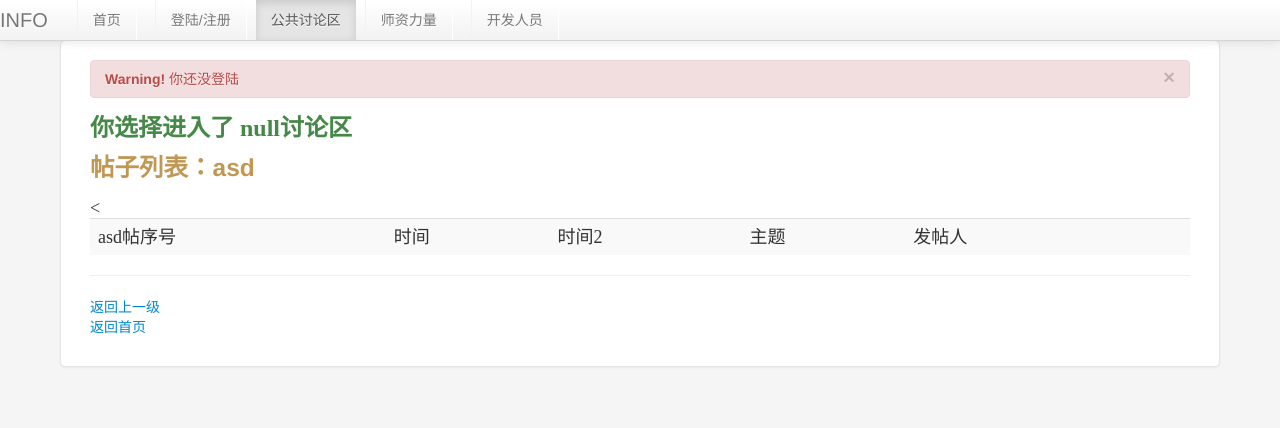
Repository: hbisheng/Academic-portal-website
Page: http://localhost/NewInfo/discussion/posts.jsp
These files come from the project's save history. The page is drawn as it stood at one moment and after the next save; the edit follows.
The browser window is 1280 px wide. The pictures show the whole page.
The page is served by Tomcat 9. Other server files are loaded and not shown. Queries for data that is not in the repository find no rows.

Above is the page before, as saved 2014-09-21 21:36:30.
Not found: Java_info/NewInfo/NewInfo/discussion/assets/css/docs.css

### Java_info/NewInfo/WebContent/discussion/posts.jsp
<%@page import="edu.thu.cs.*"%>
<%@page import="jdbc.*"%>
<%@page import="java.util.*"%>

<%@ page language="java" contentType="text/html; charset=UTF-8"
    pageEncoding="UTF-8"%>
<!DOCTYPE html PUBLIC "-//W3C//DTD HTML 4.01 Transitional//EN" "http://www.w3.org/TR/html4/loose.dtd">
<html>
<head>
<meta http-equiv="Content-Type" content="text/html; charset=UTF-8">
<link href="../bootstrap/css/bootstrap.css" rel="stylesheet">
<link href="assets/css/docs.css" rel="stylesheet">
    <style type="text/css">
      body {
        padding-top: 40px;
        padding-bottom: 40px;
        background-color: #f5f5f5;
      }

      .form-signin {
        max-width: 1100px;
        padding: 19px 29px 29px;
        margin: 0 auto 20px;
        background-color: #fff;
        border: 1px solid #e5e5e5;
        -webkit-border-radius: 5px;
           -moz-border-radius: 5px;
                border-radius: 5px;
        -webkit-box-shadow: 0 1px 2px rgba(0,0,0,.05);
           -moz-box-shadow: 0 1px 2px rgba(0,0,0,.05);
                box-shadow: 0 1px 2px rgba(0,0,0,.05);
      }
      .form-signin .form-signin-heading,
      .form-signin .checkbox {
        margin-bottom: 10px;
      }
      .form-signin input[type="text"],
      .form-signin input[type="password"] {
        font-size: 16px;
        height: auto;
        margin-bottom: 15px;
        padding: 7px 9px;
      }

    </style>
<link href="../bootstrap/css/bootstrap-responsive.css" rel="stylesheet">
<title>Insert title here</title>
</head>
<body>


<div class="navbar nav-pills navbar-fixed-top">
  <div class="navbar-inner">
    <a class="brand" href="#">INFO</a>
    <ul class="nav">
      <li class="divider-vertical"><a href="../home.jsp">首页</a></li>
      <%
      	User user_tmp = (User)session.getAttribute("user");
      	if(user_tmp == null)
      	{
      		%><li class="divider-vertical" font face = "微软雅黑"><a href="../account/login.jsp">登陆/注册</a></li> <%
      	}
      	else
      	{
      		String url = "../account/user_info.jsp?id="+user_tmp.id;
      		%><li class="divider-vertical"  font face = "微软雅黑"><a href=<%=url%>><%=user_tmp.nickname%></a></li> <%
      	}

      %><li class="active"><a href="../discussion/index.jsp">公共讨论区</a></li><%

      if(user_tmp != null)
      {
	      	%><li class="divider-vertical"><a href="../courses/index.jsp">网络学堂</a></li>
	      	<li class="divider-vertical"><a href="../notice/index.jsp">教务公告</a></li>
	      	<li class="divider-vertical"><a href="../media/index.jsp">外部资源</a></li><%
      }

      %><li class="divider-vertical"><a href="../intro.jsp">师资力量</a></li>
      <li class="divider-vertical"><a href="../author.jsp">开发人员</a></li>
    </ul>
  </div>
</div>


<div class="container form-signin">
 <div class="row-fluid">
<%
	User user = (User)session.getAttribute("user");
	JdbcDao jdbc = new JdbcDao();
	if(user != null){
		user = jdbc.getUser(user);
		session.setAttribute("user",user);

	}else
	{%>
		<div class="alert alert-error">
	  	<button type="button" class="close" data-dismiss="alert">&times;</button>
	 	<strong>Warning!</strong> 你还没登陆
		</div>
		<%
	}
	//int category_id = Integer.parseInt(request.getParameter("category_id"));
    int category_id=1;
	Category category = jdbc.getCategory(category_id);
	List<Integer> c=null;
	c = jdbc.getPostIndex(category.id);

	int cnt = 0;
	String last_url = "index.jsp";
	String this_url = "posts.jsp?category_id="+category_id;
%>

<font size = 5 face ="微软雅黑" ><p><b>
<p class="form-signin-heading text-success"><b>你选择进入了 <%=category.name %>讨论区 </b></p>
</b></p>
</font>

<h3 class="text-warning">帖子列表：asd</h3>
<font size = 4 face ="微软雅黑" >
<%
	if(c!=null){
%>
		<table class="table table-striped" style="font-family:微软雅黑">

		<tr> <td>asd帖序号</td><td>时间</td><td>时间2</td>  <td>主题</td>	 <<td>发帖人</td><td>&nbsp</td></tr><%

		for(Integer i: c)
		{
			Post post = jdbc.getPost(i);
			String post_url = "post.jsp?post_id="+post.id;
			String user_url = "../account/user_info.jsp?user="+post.initiator;
			++cnt;
			%><b><tr><td><%=cnt%></td> <td> <a href=<%=post_url %>><%=post.topic%></a></td>

				<td><a href=<%=user_url%>><%=post.initiator%></a></td> <td><%=post.time %></td></b><%

			if(user != null)
			{
				if(post.initiator.equals(user.nickname))
				{
					%><td><form action=<%=this_url%> method = "post"><input type ="hidden" name = "post_id" value ="<%=post.id%>"/>
					<input type ="submit" class="text-warning" value="删除我的帖子" name = "delete"/></form></td><%
				}
				else if(user.permit_admin>0)
				{
					%><td><form action=<%=this_url%> method = "post"><input type ="hidden" name = "post_id" value ="<%=post.id%>"/>
					<input type ="submit"class="text-warning" value="管理员删帖" name = "delete"/></form></td><%
				}
			}
				%></tr><%
		}
		%></table><%
	}
%>

</ul>
<%

	if(user != null)
	{
		if(user.permit_post <= 0)
		{
			%>
			<p class="text-error">你被管理员禁言了，不能发言</p>
			<%

			return;
		}
		%><p class="text-success">发表新帖子
		<form action = <%=this_url %> method = "post">
		<span style="vertical-align: top"><p class="text-info">主题:</span><textarea rows="1" cols="50" name ="topic"></textarea><br><br>
		<span style="vertical-align: top"><p class="text-info">内容:</span><textarea rows="20" cols="50" name="content">This is fucking good!</textarea>
		<input type ="submit" class="btn btn-primary"value="确认发表" name = "deliver"/>
		</form><%
		if(request.getParameter("deliver")!=null)
		{
			Post post = new Post();
			post.category_id = category.id;
			post.topic = request.getParameter("topic");
			post.initiator = user.nickname;

			Reply reply = new Reply();
			reply.content = request.getParameter("content");
			reply.post_id = jdbc.addPost(post);
			reply.user_id= user.id;

			jdbc.addReply(reply);
			response.sendRedirect(this_url);
		}
		if(request.getParameter("delete")!=null)
		{
			int post_id = Integer.parseInt(request.getParameter("post_id"));
			jdbc.delPost(post_id);
			response.sendRedirect(this_url);
		}
	}
%>


</font>
<hr><a href=<%=last_url%>>返回上一级</a>  <br><a href="../home.jsp">返回首页</a>

</div>
</div>

</body>
</html>

### Java_info/NewInfo/src/edu/thu/cs/Category.java
package edu.thu.cs;
import jdbc.*;

import java.sql.Connection;
import java.sql.DriverManager;
import java.sql.ResultSet;
import java.sql.SQLException;
import java.sql.Statement;
import java.util.ArrayList;
import java.util.List;

public class Category {
	public int id=0;
	public String name=null;
	public boolean validate()
	{
		return (name != null) && !(name.equals(""));
	}
	public boolean isOld()
	{
		JdbcDao jdbc = new JdbcDao();
		List<Integer> index = jdbc.getCategoryIndex();
		for(Integer i: index)
		{
			if(jdbc.getCategory(i).name.equals(name))
				return true;
		}
		return false;
	}
}

Loaded but not shown: Java_info/NewInfo/WebContent/bootstrap/css/bootstrap.css (library); Java_info/NewInfo/WebContent/bootstrap/css/bootstrap-responsive.css (library); Java_info/NewInfo/src/jdbc/JdbcDao.java (883 lines, source omitted)

After the next save:
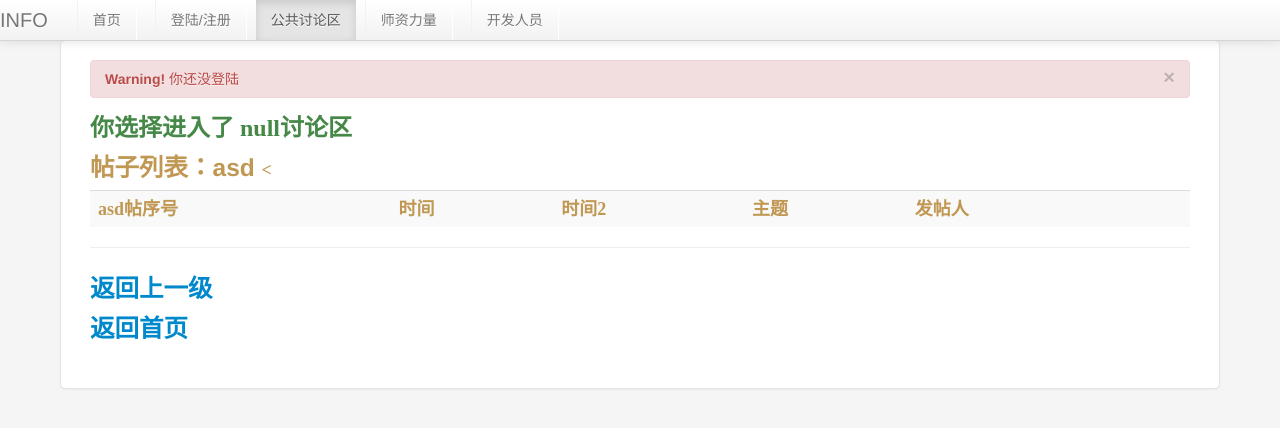
Saved 17 s later.
--- a/Java_info/NewInfo/WebContent/discussion/posts.jsp
+++ b/Java_info/NewInfo/WebContent/discussion/posts.jsp
@@ -115,7 +115,7 @@
 </b></p>
 </font>
 
-<h3 class="text-warning">帖子列表：asd</h3>
+<h3 class="text-warning">帖子列表：asd
 <font size = 4 face ="微软雅黑" >
 <%
 	if(c!=null){

After the save that followed:
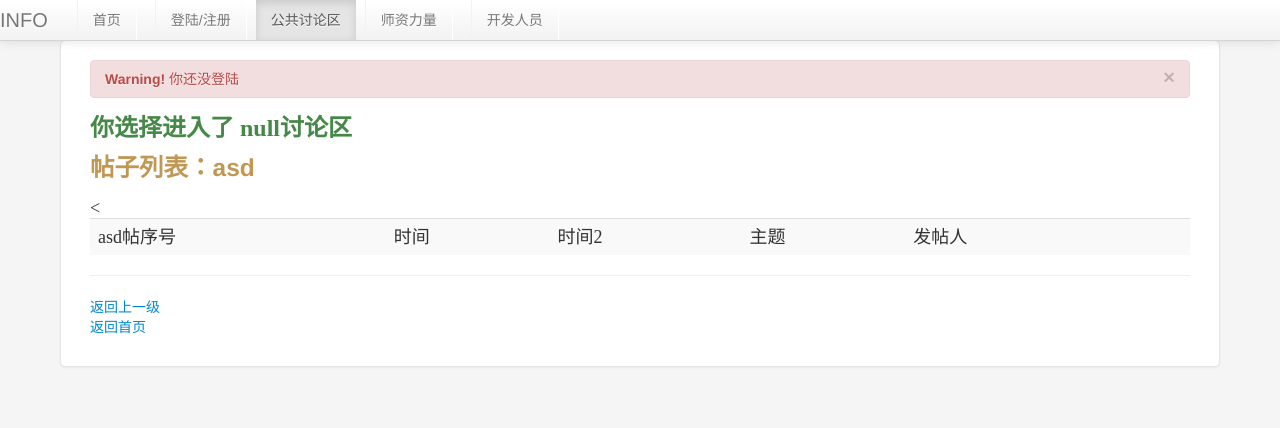
Saved 8 s later.
--- a/Java_info/NewInfo/WebContent/discussion/posts.jsp
+++ b/Java_info/NewInfo/WebContent/discussion/posts.jsp
@@ -115,7 +115,7 @@
 </b></p>
 </font>
 
-<h3 class="text-warning">帖子列表：asd
+<h3 class="text-warning">帖子列表：asd</h3>
 <font size = 4 face ="微软雅黑" >
 <%
 	if(c!=null){
